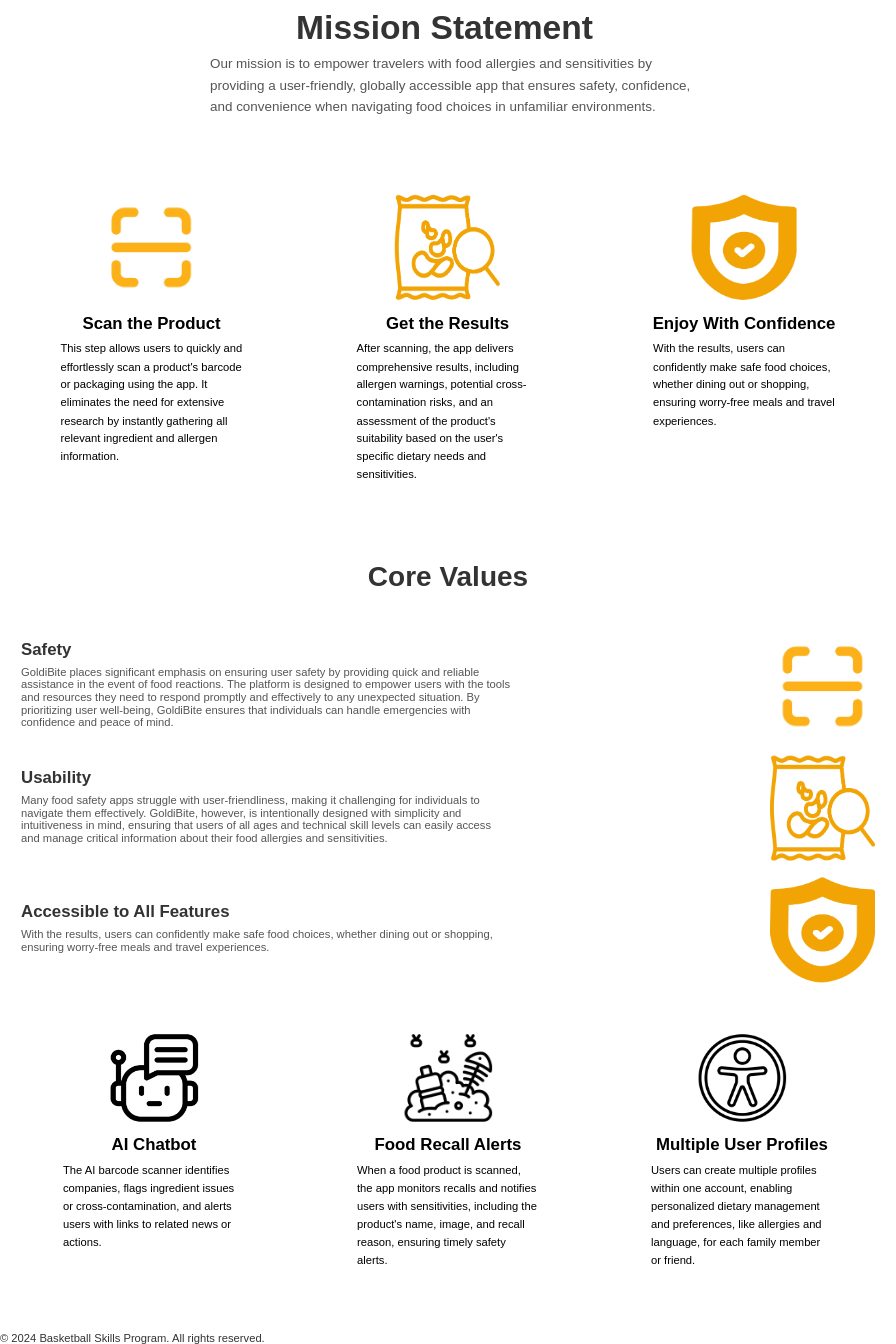
Repository: GavinPahal/landingpage
Page: /
The author's editor kept a copy of each file at every save. The page is drawn from the files as they stood at one save, then again after a run of saves.
The browser window is 1280 px wide. The pictures show the part of the page from y = 759 to 2679 px (the page is 2679 px tall), at 70% of full size.
The project was rebuilt for these pictures with package versions that can differ from the ones it lists, and the page was loaded fresh each time. The framework's server and built-in components were replaced by stand-ins that run in the browser. Also part of the build but not shown: next.config.mjs.

Above is the page before, as saved 2024-11-28 18:58:29.

### pages/_app.js
// pages/_app.js
import "@/styles/globals.css"; // Import the global CSS file

function MyApp({ Component, pageProps }) {
  return <Component {...pageProps} />;
}

export default MyApp;

### pages/index.js
// pages/index.js
import Hero from "../components/Hero";
import Features from "../components/Features";
import Footer from "../components/Footer";
import Product from "../components/Product"
import Value from "../components/Value"

export default function Home() {
  return (
    <div>
      <Hero />
      <Features />
      <Value />
      <Product />
      <Footer />
    </div>
  );
}

### styles/globals.css
/* Global Styles */
* {
  margin: 0;
  padding: 0;
  box-sizing: border-box;
}

body {
  font-family: Arial, sans-serif;
  color: #333;
  overflow-x: hidden; /* Prevent horizontal overflow */
}

/* Hero Section */
.hero {
  display: flex; /* Use flexbox to align elements */
  position: relative;
  height: 100vh;
  width: 100%; /* Ensure the hero section spans the full width */
  background-color: #2d2d2d; /* Dark background to contrast with the image */
}

.imageWrapper {
  position: relative;
  width: 100%; /* Left side takes full width */
  height: 100%;
}

.imageContainer {
  position: absolute;
  top: 0;
  left: 0;
  width: 100%;
  height: 100%;
  filter: blur(8px); /* Add blur effect to the image */
  object-fit: cover;
}

.overlay {
  position: absolute;
  top: 0;
  left: 0;
  width: 100%;
  height: 100%;
  background: rgba(0, 0, 0, 0.6); /* Dark overlay to ensure text stands out */
  color: white;
  display: flex;
  flex-direction: column;
  justify-content: center;
  align-items: flex-start;
  padding: 60px 40px; /* Increased padding for more space */
  text-align: left;
}

.heroTitle {
  display: flex;
  align-items: center; /* Align logo and title horizontally */
  margin-bottom: 40px; /* Space between title and the rest of the content */
  position: relative; /* Allow positioning adjustments */
  top: -80px; /* Move the logo and title even higher */
}

.heroTitle img {
  margin-right: 20px; /* Add space between logo and title */
}

.heroTitle h1 {
  font-size: 2rem; /* Bigger font for app name */
  font-weight: bold;
  color: #ffffff; /* Bright color to stand out */
  text-transform: uppercase;
}

.tagline {
  font-size: 5rem; /* Make "BEST NATURE APP" 5rem */
  font-weight: bold;
  margin-bottom: 0; /* Remove extra space between the lines */
  color: #ffffff; /* Striking color */
  text-shadow: 3px 3px 5px rgba(0, 0, 0, 0.8); /* Enhanced text visibility */
  line-height: 1.1; /* Adjust line-height to decrease space between lines */
  letter-spacing: 1.5px;
  display: block;
  max-width: 100%; /* Ensure text doesn't overflow */
}

.bestNature {
  display: block;
  font-size: 3rem; /* Adjust to smaller font size for the first part */
}

.appEver {
  display: block;
  margin-top: 0;
  font-size: 3rem;
}

.subTagline {
  font-size: 1.2rem;
  margin-top: 20px;
  margin-bottom: 40px;
  line-height: 1.6;
  max-width: 650px;
  color: white;
  letter-spacing: 0.5px;
  text-align: left;
}

.demoText {
  display: block;
  font-size: 1.4rem;
  font-weight: bold;
}

.natureText {
  display: block;
  font-size: 1.2rem;
  margin-top: 10px;
  font-style: italic;
  letter-spacing: 0.3px;
}

/* CTA Button */
.ctaButton {
  background-color: #00C9A2;
  color: #ffffff;
  padding: 15px 40px;
  font-size: 1.4rem;
  border: none;
  border-radius: 50px;
  text-align: center;
  margin-top: 60px;
  cursor: pointer;
  transition: background-color 0.3s, transform 0.3s;
  text-decoration: none;
}

.ctaButton:hover {
  background-color: #035343;
}

.ctaButton:focus {
  outline: none;
}

.rightImageWrapper {
  position: absolute;
  left: 62%;
  bottom: 20px;
  width: 400px;
  height: auto;
  z-index: 2;
  margin-top: 100px;
}

.rightImageContainer {
  position: relative;
  width: 100%;
  height: 100%;
}

.rightImageContainer img {
  width: 100%;
  height: auto;
  border-radius: 8px;
  object-fit: cover;
}

.features {
  padding: 50px 20px;
  text-align: center;
}
.features h2 {
  font-size: 2.5rem;
  font-weight: bold;
  color: #ffffff;
  margin-bottom: 30px;
  text-transform: uppercase;
  letter-spacing: 1px;
}

.infoCards {
  display: flex;
  flex-wrap: wrap;
  justify-content: space-around;
  gap: 30px;
  margin-bottom: 40px;
}

.card {
  text-align: center;
  margin: 0 auto; /* Ensure cards are centered */
}

.card:first-child { /* Target the first feature card */
  max-width: 400px; /* Restrict width for a cleaner layout */
  margin: 20px auto; /* Center the card horizontally and add spacing */
}

.card:first-child p {
  text-align: left; /* Center-align the text for the first card */
  max-width: 280x; /* Ensure text does not overflow the card */
  margin: 0 auto;
}

.card img {
  margin-bottom: 15px;
}

.card h3 {
  font-size: 1.5rem;
  font-weight: 600;
  color: #000000;
  margin-bottom: 10px;
}

.card p {
  font-size: 1rem;
  line-height: 1.6;
  color: #000000;
  max-width: 260px;
  margin: 0 auto;
  text-align: left;
}

.text1 {
  font-size: 1rem;
  line-height: 1.6;
  color: #000000;
  max-width: 250px;
  margin: 0 auto;
  text-align: left;
}

.text2 {
  font-size: 1rem;
  line-height: 1.6;
  color: #000000;
  max-width: 250px;
  margin: 0 auto;
  text-align: left;
}

.missionStatement {
  text-align: center; /* Center the text */
  margin-bottom: 110px; /* Add some spacing below the mission statement */
  border-radius: 8px; /* Rounded corners */
  padding-left: 30px;
}

.missionStatement h1 {
  font-size: 3rem;
  font-weight: bold;
  color: #333;
  margin-bottom: 10px;
  font-weight: bold;
  padding-right: 40px;
}

.missionStatement p {
  font-size: 1.2rem;
  line-height: 1.6;
  color: #555;
  max-width: 710px;
  margin: 0 auto;
  text-align: left;
}


.coreValues {
  display: flex;
  flex-direction: column;
  gap: 30px;
  padding: 20px;
}

.coreMission {
  text-align: center;
  margin-bottom: 30px;
}

.coreMission h1 {
  font-size: 2.5rem;
  font-weight: bold;
}

.valueCards {
  display: flex;
  flex-direction: column;
  gap: 20px;
}

.valueCard {
  display: flex;
  justify-content: space-between;
  align-items: center;
}

.textContent {
  flex: 1;
}

.textContent h3 {
  font-size: 1.5rem;
  margin-bottom: 10px;
}

.textContent p {
  max-width: 700px;
  font-size: 1rem;
  margin-bottom: 10px;
  color: #555;
}

.imageContent {
  margin-left: 20px;
}

.imageContent img {
  width: 150px;
  height: 150px;
}



@media (max-width: 1024px) {
  .hero {
    flex-direction: column; /* Stack elements vertically on smaller screens */
  }

  .overlay {
    padding: 40px 20px; /* Reduced padding for smaller screens */
    text-align: center; /* Center-align text on smaller screens */
  }

  .heroTitle {
    margin-bottom: 20px; /* Reduce space between the title and the tagline */
    top: 0; /* Reset top positioning for better alignment */
  }

  .tagline {
    font-size: 3rem; /* Decrease font size on smaller screens */
  }

  .bestNature, .appEver {
    font-size: 2.5rem; /* Smaller font size for better readability */
  }

  .subTagline {
    font-size: 1rem; /* Adjust subtagline font size for smaller screens */
    max-width: 100%; /* Allow full-width display */
    padding: 0 20px; /* Add padding to the sides */
  }

  .rightImageWrapper {
    left: 50%; /* Center the image on smaller screens */
    bottom: 10px;
    width: 300px; /* Reduce image size */
    margin-top: 60px;
  }
}

/* CTA Button Adjustments */
@media (max-width: 768px) {
  .ctaButton {
    padding: 12px 30px; /* Reduced padding for better proportion on small screens */
    font-size: 1.2rem; /* Smaller font size */
    width: 90%; /* Allow the button to take up more space on smaller screens */
    margin-top: 40px; /* Reduced top margin */
  }
}

/* Feature Section Adjustments */
@media (max-width: 768px) {
  .features {
    padding: 30px 20px; /* Reduce padding */
  }

  .features h2 {
    font-size: 2rem; /* Smaller font size for headings */
  }

  .infoCards {
    flex-direction: column; /* Stack cards vertically */
    align-items: center;
    gap: 20px; /* Reduced gap between cards */
  }

  .card {
    max-width: 90%; /* Ensure cards take full width on smaller screens */
    margin: 10px auto; /* Center the cards */
  }

  .card h3 {
    font-size: 1.2rem; /* Decrease font size */
  }

  .card p {
    font-size: 0.9rem; /* Smaller text for better readability */
  }
}

/* Final Adjustments */
@media (max-width: 480px) {
  .hero {
    height: auto; /* Allow the hero section to adjust to content */
  }

  .overlay {
    padding: 20px; /* Even smaller padding */
    text-align: center;
  }

  .tagline {
    font-size: 2.5rem; /* Further decrease tagline size */
  }

  .ctaButton {
    padding: 10px 20px; /* Smaller padding for mobile screens */
    font-size: 1rem; /* Reduce font size */
  }

  .features h2 {
    font-size: 1.6rem; /* Adjust feature section heading */
  }

  .card {
    max-width: 100%; /* Ensure the cards take full width */
  }

  .text1, .text2 {
    font-size: 0.9rem; /* Adjust text sizes for smaller screens */
  }
}

### components/Hero.js
import Image from "next/image";

export default function Hero() {
  return (
    <section className="hero">
      <div className="imageWrapper">
        <div className="imageContainer">
          <Image
            src="/images/grocey.jpg"
            alt="Nature Image"
            layout="fill"
            objectFit="cover"
          />
        </div>
        <div className="overlay">
          <div className="heroTitle">
            <Image
              src="/images/logo.webp"
              alt="Goldibite Logo"
              width={50}
              height={50}
            />
            <h1>Goldibite</h1>
          </div>
          <p className="tagline">
            <span className="bestNature">YOUR BUDDY FOR</span>
            <span className="appEver">FOOD SAFETY</span>
          </p>
          <p className="subTagline">
            <span className="demoText">Get a demo and try our new app.</span>
            <span className="natureText">
            The Right Bite, Every Time
            </span>
          </p>
          <a href="#demo" className="ctaButton">
            TRY DEMO
          </a>
        </div>
      </div>


      <div className="rightImageWrapper">
        <div className="rightImageContainer">
          <Image
            src="/images/phone.png"
            alt="New Image"
            layout="intrinsic"
            width={500}
            height={500}
          />
        </div>
      </div>
    </section>
  );
}

### components/Features.js
import Image from "next/image";

export default function Features() {
  return (
    <section className="features">
      {/* Mission Statement Section */}
      <div className="missionStatement">
        <h1>Mission Statement</h1>
        <p>
          Our mission is to empower travelers with food allergies and sensitivities by providing a user-friendly, globally accessible app that ensures safety, confidence, and convenience when navigating food choices in unfamiliar environments.
        </p>
      </div>

      {/* Features Cards Section */}
      <div className="infoCards">
        <div className="card" style={{ margin: "0 10px" }}>
          <Image
            src="/images/iconamoon_scanner (1).jpg"
            alt="Feature 1"
            width={150}
            height={150}
          />
          <h3>Scan the Product</h3>
          <p>
            This step allows users to quickly and effortlessly scan a product's barcode or packaging using the app.
            It eliminates the need for extensive research by instantly gathering all relevant ingredient and allergen information.
          </p>
        </div>
        <div className="card" style={{ margin: "0 10px" }}>
          <Image
            src="/images/magnifying.jpg"
            alt="Feature 2"
            width={150}
            height={150}
          />
          <h3>Get the Results</h3>
          <p>
            After scanning, the app delivers comprehensive results, including allergen warnings, potential cross-contamination risks,
            and an assessment of the product's suitability based on the user's specific dietary needs and sensitivities.
          </p>
        </div>
        <div className="card" style={{ margin: "0 10px" }}>
          <Image
            src="/images/Confident.jpg"
            alt="Feature 3"
            width={150}
            height={150}
          />
          <h3>Enjoy With Confidence</h3>
          <p>
            With the results, users can confidently make safe food choices, whether dining out or shopping,
            ensuring worry-free meals and travel experiences.
          </p>
        </div>
      </div>
    </section>
  );
}

### components/Footer.js
export default function Footer() {
    return (
      <footer className="footer">
        <p>&copy; 2024 Basketball Skills Program. All rights reserved.</p>
      </footer>
    );
  }

### components/Product.js
import Image from "next/image";

export default function Features() {
  return (
    <section className="features">
      <div className="infoCards" style={{ gap: "20px" }}>
        <div className="card" style={{ margin: "0 10px" }}>
          <Image
            src="/images/chatbot.jpg"
            alt="Feature 1"
            width={125}
            height={125}
          />
          <h3>AI Chatbot</h3>
          <p>
            The AI barcode scanner identifies companies, flags ingredient
            issues or cross-contamination, and alerts users with links to
            related news or actions.
          </p>
        </div>
        <div className="card" style={{ margin: "0 10px" }}>
          <Image
            src="/images/trash.jpg"
            alt="Feature 2"
            width={125}
            height={125}
          />
          <h3>Food Recall Alerts</h3>
          <p>
            When a food product is scanned, the app monitors recalls and
            notifies users with sensitivities, including the product's name,
            image, and recall reason, ensuring timely safety alerts.
          </p>
        </div>
        <div className="card" style={{ margin: "0 10px" }}>
          <Image
            src="/images/accessibility.png"
            alt="Feature 3"
            width={125}
            height={125}
          />
          <h3>Multiple User Profiles</h3>
          <p>
            Users can create multiple profiles within one account, enabling
            personalized dietary management and preferences,
            like allergies and  language, for each family member or friend.
          </p>
        </div>
      </div>
    </section>
  );
}

### components/Value.js
import Image from "next/image";

export default function Features() {
  return (
    <section className="coreValues">
      <div className="coreMission">
        <h1>Core Values</h1>
      </div>

      <div className="valueCards">
        <div className="valueCard" style={{ margin: "0 10px" }}>
          <div className="textContent">
            <h3>Safety</h3>
            <p>
            GoldiBite places significant emphasis on ensuring user safety by providing quick and reliable assistance in the event of food reactions. The platform is designed to empower users with the tools and resources they need to respond promptly and effectively to any unexpected situation. By prioritizing user well-being,
             GoldiBite ensures that individuals can handle emergencies with confidence and peace of mind.
            </p>
          </div>
          <div className="imageContent">
            <Image
              src="/images/iconamoon_scanner (1).jpg"
              alt="Feature 1"
              width={150}
              height={150}
            />
          </div>
        </div>
        <div className="valueCard" style={{ margin: "0 10px" }}>
          <div className="textContent">
            <h3>Usability</h3>
            <p>
            Many food safety apps struggle with user-friendliness, making it challenging for individuals to navigate them effectively. GoldiBite, however,
             is intentionally designed with simplicity and intuitiveness in mind, ensuring that users of all ages and technical skill levels can easily access and manage critical information about their food allergies and sensitivities.

            </p>
          </div>
          <div className="imageContent">
            <Image
              src="/images/magnifying.jpg"
              alt="Feature 2"
              width={150}
              height={150}
            />
          </div>
        </div>
        <div className="valueCard" style={{ margin: "0 10px" }}>
          <div className="textContent">
            <h3>Accessible to All Features</h3>
            <p>
              With the results, users can confidently make safe food choices, whether dining out or shopping,
              ensuring worry-free meals and travel experiences.
            </p>
          </div>
          <div className="imageContent">
            <Image
              src="/images/Confident.jpg"
              alt="Feature 3"
              width={150}
              height={150}
            />
          </div>
        </div>
      </div>
    </section>
  );
}

Loaded but not shown: pages/_document.js (common file)

After the next 3 saves:
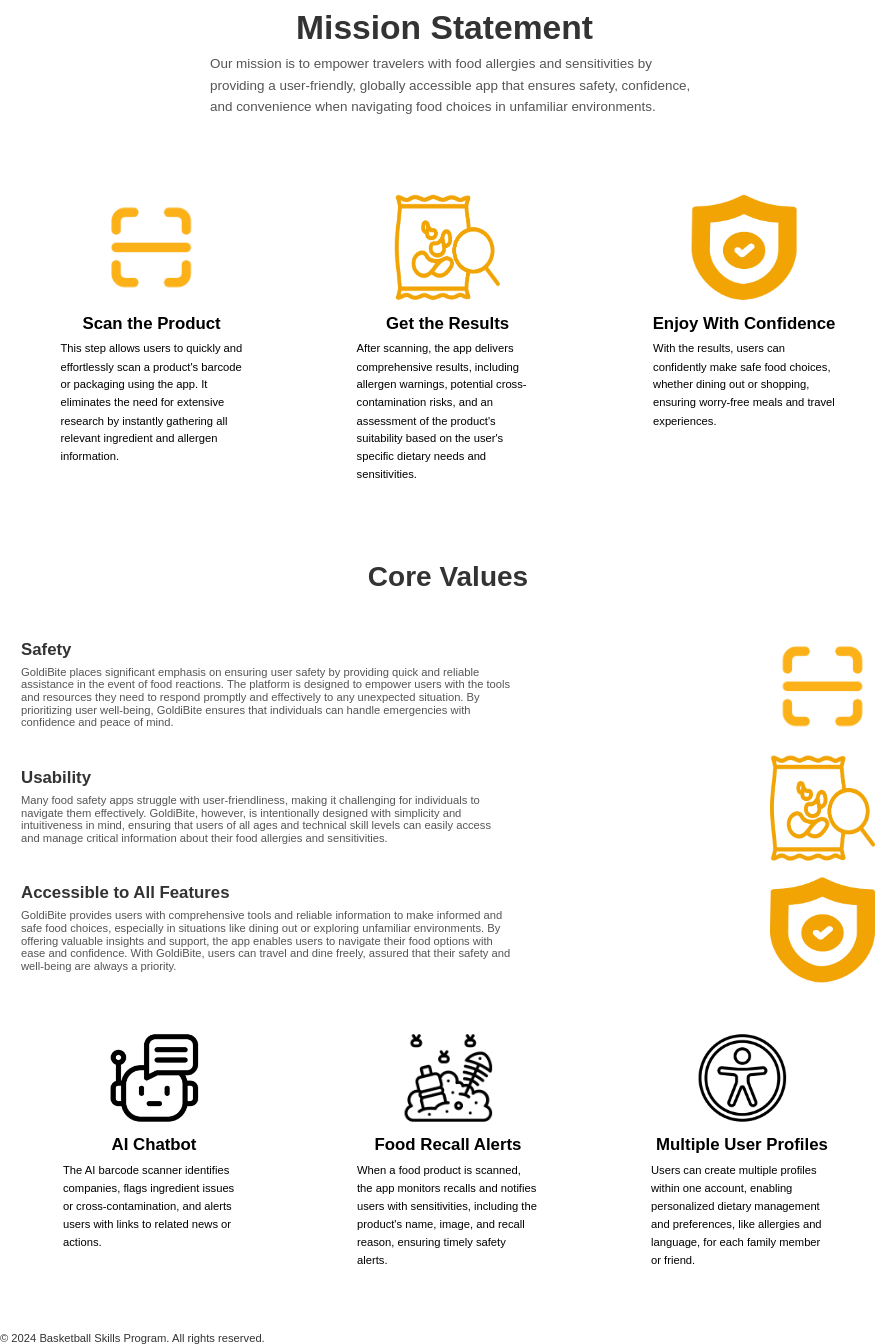
The 3 saves are shown as one change because 1 did not build or start and some came seconds apart.
The last was saved 17 s later.
--- a/components/Value.js
+++ b/components/Value.js
@@ -47,8 +47,7 @@ export default function Features() {
           <div className="textContent">
             <h3>Accessible to All Features</h3>
             <p>
-              With the results, users can confidently make safe food choices, whether dining out or shopping,
-              ensuring worry-free meals and travel experiences.
+            GoldiBite provides users with comprehensive tools and reliable information to make informed and safe food choices, especially in situations like dining out or exploring unfamiliar environments. By offering valuable insights and support, the app enables users to navigate their food options with ease and confidence. With GoldiBite, users can travel and dine freely, assured that their safety and well-being are always a priority.
             </p>
           </div>
           <div className="imageContent">
